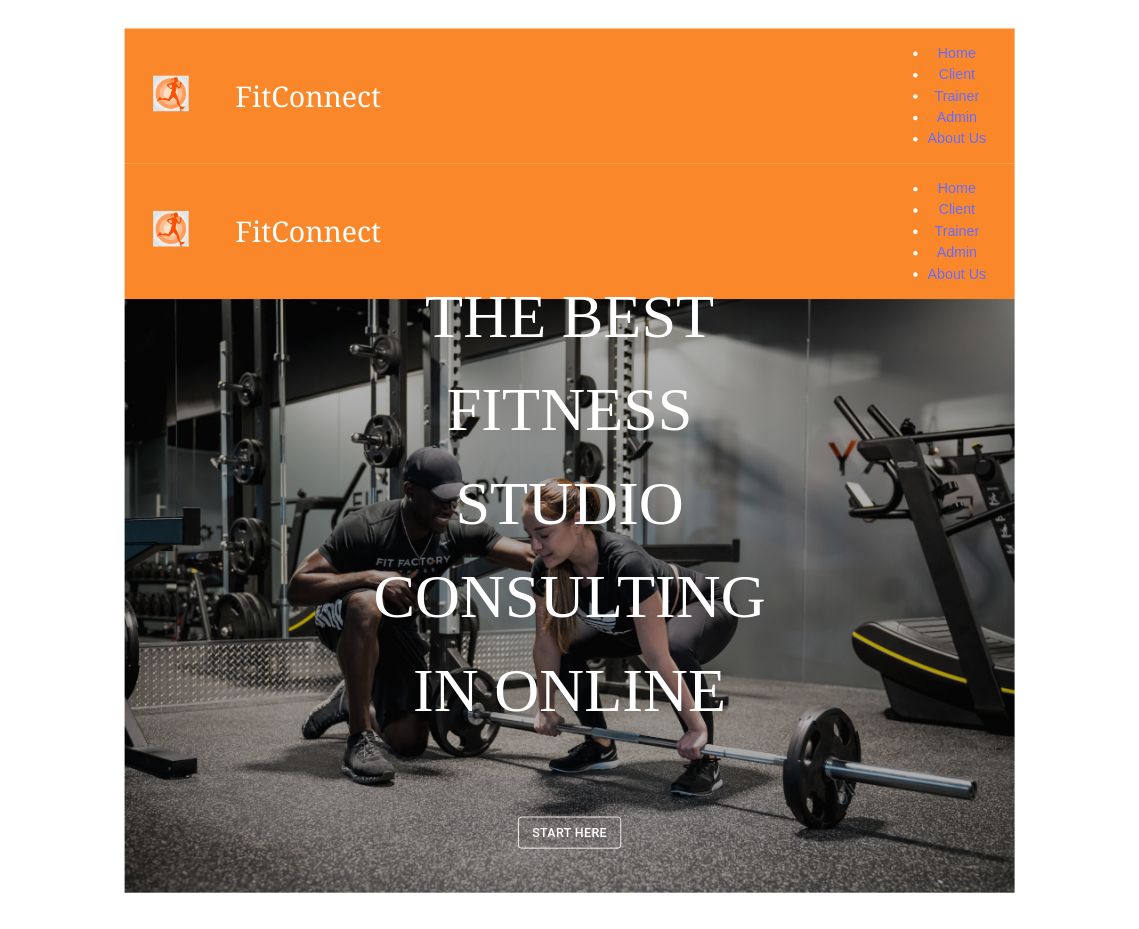
Repository: sarathraj2002/fitconnect
Page: / (app in Frontend/)
An editor plug-in stored every save of this project. The page is shown before and after the next save, followed by the edit.
The browser window is 1280 px wide. The pictures show the whole page, at 89% of full size.
The project was rebuilt for these pictures with package versions that can differ from the ones it lists, and the page was loaded fresh each time. Also part of the build but not shown: Frontend/vite.config.js, Frontend/src/components/ClientPage.jsx, Frontend/src/components/TrainerPage.jsx, Frontend/src/components/AdminPage.jsx, Frontend/src/components/TrainerListPage.jsx, Frontend/src/components/AboutUs.jsx.

Above is the page before, as saved 2024-11-08 20:18:47.

After the next save:
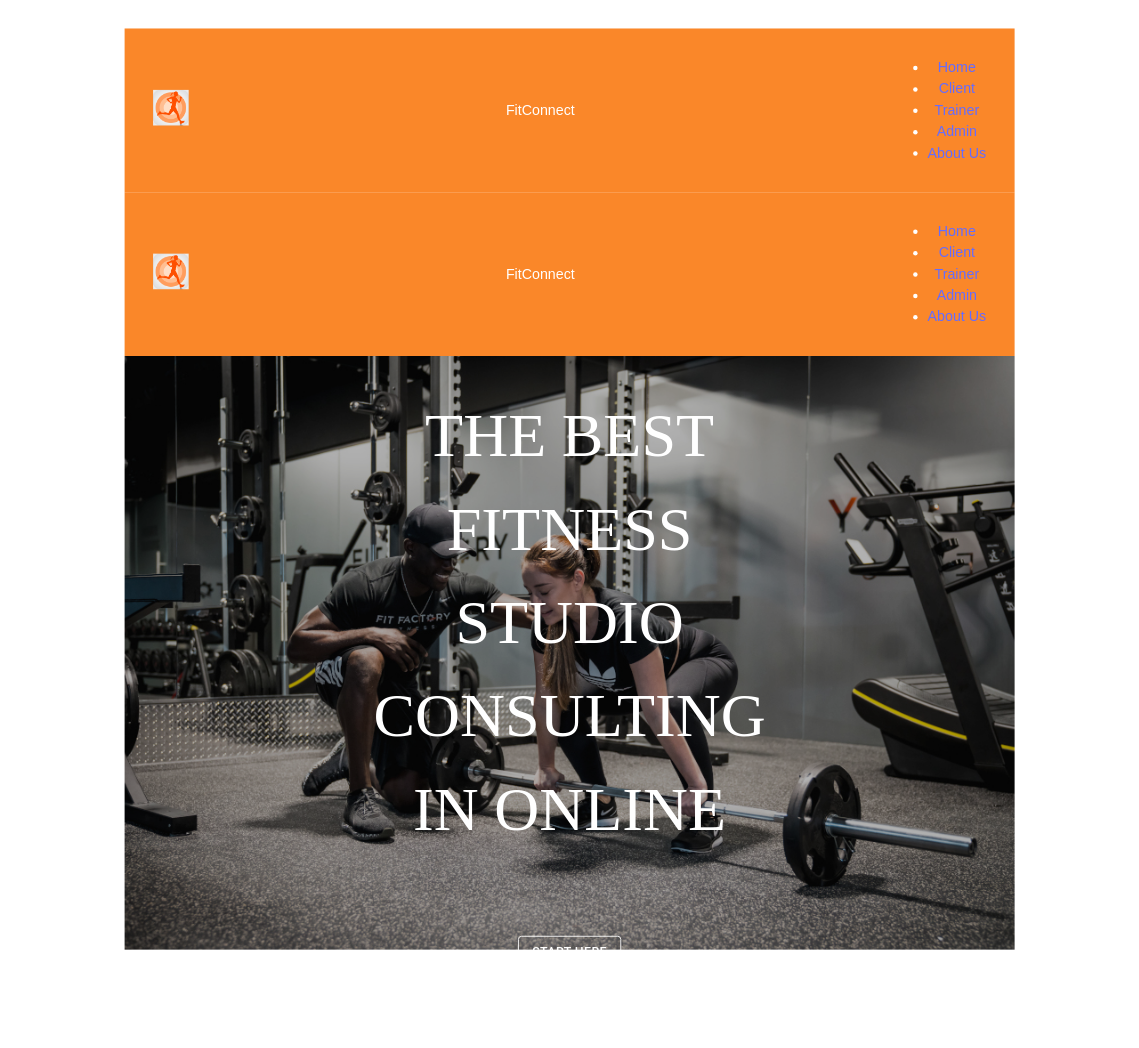
Saved 7 min 42 s later.
--- a/Frontend/src/components/Navbar.css
+++ b/Frontend/src/components/Navbar.css
@@ -1,4 +1,4 @@
-.head{
+/* .head{
     font-size:xx-large;
     margin-right: 60%;
     font-family:Georgia, 'Times New Roman', Times, serif;
@@ -9,7 +9,7 @@
     padding: 0;
     box-sizing: border-box;
   }
-
+   */
   body {
     font-family: Arial, sans-serif;
   }

After the save that followed:
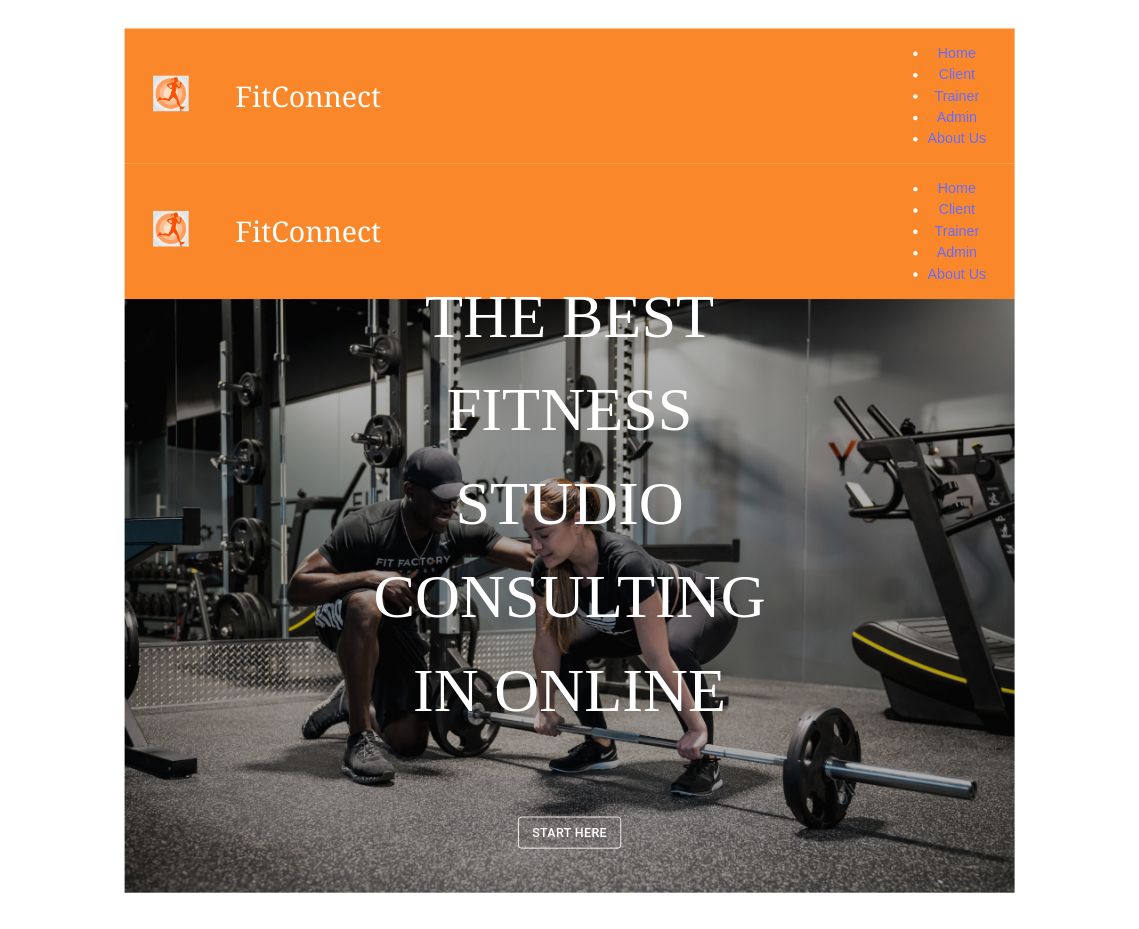
Saved 5 s later.
--- a/Frontend/src/components/Navbar.css
+++ b/Frontend/src/components/Navbar.css
@@ -1,4 +1,4 @@
-/* .head{
+.head{
     font-size:xx-large;
     margin-right: 60%;
     font-family:Georgia, 'Times New Roman', Times, serif;
@@ -9,7 +9,7 @@
     padding: 0;
     box-sizing: border-box;
   }
-   */
+
   body {
     font-family: Arial, sans-serif;
   }
